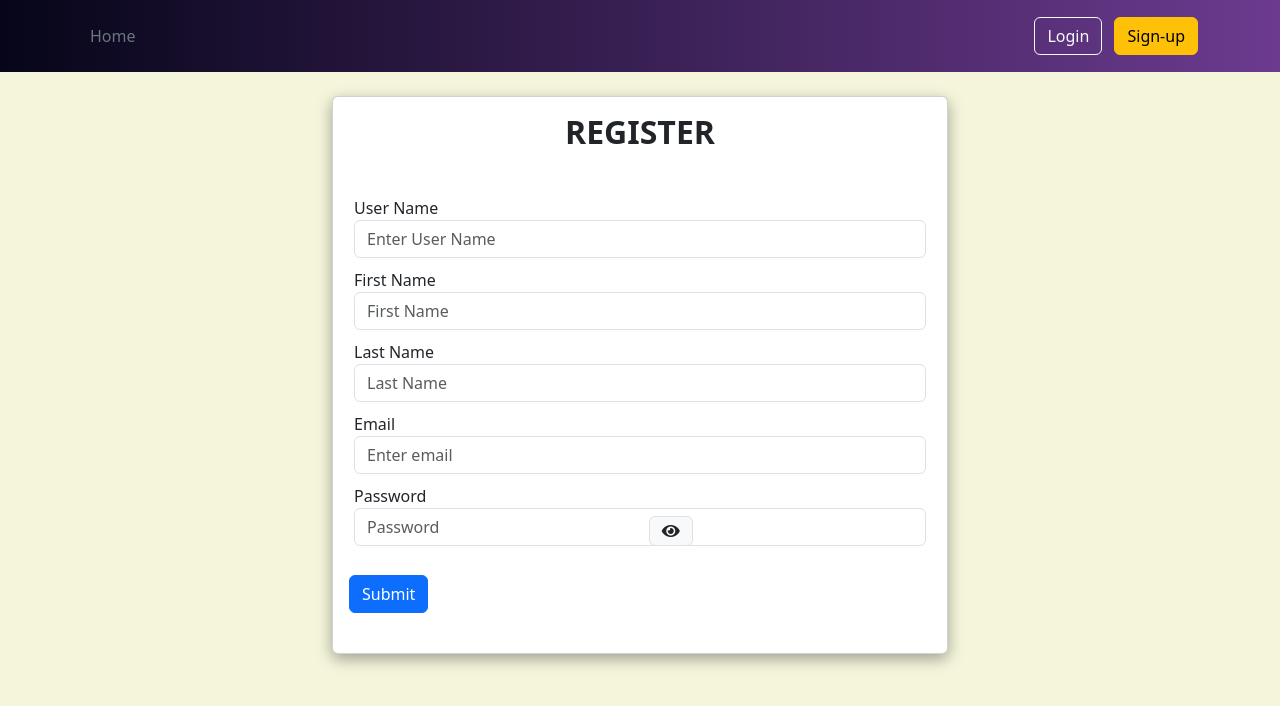
Repository: professorsourabh/php_membership
Page: http://localhost/MVC-Assignment/
An editor plug-in stored every save of this project. The page is shown before and after the next save, followed by the edit.
The browser window is 1280 px wide. The pictures show the whole page.
Some web libraries are served in a nearby version. The page is run by PHP 8.4 with error messages shown; the project is at /var/www/html/.

Above is the page before, as saved 2023-07-09 15:36:09.

### index.php
<?php
session_start();
?>

<html lang="en">
<head>
    <meta charset="UTF-8">
    <meta name="viewport" content="width=device-width, initial-scale=1.0">
    <title>Assesment-Register</title>
    <link href="https://cdn.jsdelivr.net/npm/bootstrap@5.3.0/dist/css/bootstrap.min.css" rel="stylesheet" integrity="sha384-9ndCyUaIbzAi2FUVXJi0CjmCapSmO7SnpJef0486qhLnuZ2cdeRhO02iuK6FUUVM" crossorigin="anonymous">
    <link rel="stylesheet" href="https://cdnjs.cloudflare.com/ajax/libs/font-awesome/5.13.0/css/all.min.css">
    <link rel="stylesheet" href="index.css"></link>
</head>
<body>
    <header class="p-3 bg-dark text-white">
        <div class="container">
          <div class="d-flex flex-wrap align-items-center justify-content-center justify-content-lg-start">


            <ul class="nav col-12 col-lg-auto me-lg-auto mb-2 justify-content-center mb-md-0">
              <li><a href="#" class="nav-link px-2 text-secondary " >Home</a></li>

            </ul>

              <div class="text-end">
              <a type="button" class="btn btn-outline-light me-2" href="login.php">Login</a>
              <a type="button" class="btn btn-warning" href="index.php">Sign-up</a>
            </div>
          </div>
        </div>
      </header>
      <div class="container my-4 col-lg-6">
        <div class="card my-4" style="box-shadow: rgba(0, 0, 0, 0.35) 0px 5px 15px;">
            <div class="card-heading text-center my-3 mx-2">
                <h2 class="text-uppercase fw-bold">Register</h2>
            </div>
            <div class="card-body">
            <?php if (!empty($_SESSION['error_msg'])) { ?>
            <div class="error">
                <div class="alert alert-danger alert-dismissible fade show" role="alert">
                    <?php echo $_SESSION['error_msg']; ?>
                    <button type="button" class="btn-close" data-bs-dismiss="alert" aria-label="Close"></button>
                </div>
            </div>
            <?php
            unset($_SESSION['error_msg']);
        } ?>
         <?php if (!empty($_SESSION['success_msg'])) { ?>
            <div class="error">
                <div class="alert alert-success alert-dismissible fade show" role="alert">
                    <?php echo $_SESSION['success_msg']; ?>
                    <button type="button" class="btn-close" data-bs-dismiss="alert" aria-label="Close"></button>
                </div>
            </div>
            <?php
            unset($_SESSION['success_msg']);
        } ?>

        <form method="post" action="./controller/registerController.php">
            <div class="form-group">
                <label for="exampleInputusername">User Name</label>
                <input type="text" class="form-control" name="username" id="username" placeholder="Enter User Name">
              </div>

              <div class="form-group">
                <label for="exampleInputfirst_name">First Name</label>
                <input type="text" class="form-control" name="firstname" id="first_name" placeholder="First Name">
              </div>
              <div class="form-group">
                <label for="exampleInputlast_name">Last Name</label>
                <input type="text" name="lastname" class="form-control" id="last_name" placeholder="Last Name">
              </div>

            <div class="form-group">
              <label for="exampleInputEmail">Email</label>
              <input type="email" class="form-control" name="email" id="email"  placeholder="Enter email">

            </div>


              <div class="form-group">
                <label for="exampleInputPassword">Password</label>
                <input type="password" class="form-control" name="password" id="exampleInputPassword" placeholder="Password">
                <span class="input-group-text eye-icon" onclick="togglePasswordVisibility('password')">
                            <i class="fas fa-eye"></i>
                        </span>
              </div>


            <button type="submit" class="btn btn-primary my-4">Submit</button>
          </form>

            </div>
        </div>

    </div>







    <script src="https://cdn.jsdelivr.net/npm/bootstrap@5.3.0/dist/js/bootstrap.bundle.min.js" integrity="sha384-geWF76RCwLtnZ8qwWowPQNguL3RmwHVBC9FhGdlKrxdiJJigb/j/68SIy3Te4Bkz" crossorigin="anonymous"></script>
    <script src="./public/project.js">

       </script>
  </body>
</html>

### index.css
*{
    padding: 0;
    margin: 0;
}

body{

    background-color: beige;
}
header{
    background: rgb(5,4,24);
    background: linear-gradient(90deg, rgba(5,4,24,0.9557072829131653) 0%, rgba(134,66,179,0.7400210084033614) 100%);
}
.registration-part{

    padding: 50px;

}
.text-cente{
    text-align: center;
}
div.form-group{
    padding: 5px;
}

span.eye-icon {


    position: absolute;
    top: 78%;
    left: 55%;
    transform: translate(-50%, -50%);
}

### public/project.js
function togglePasswordVisibility(inputId) {
    var input = document.getElementById(inputId);
    if (input.type === "password") {
        input.type = "text";
    } else {
        input.type = "password";
    }
}

After the next save:
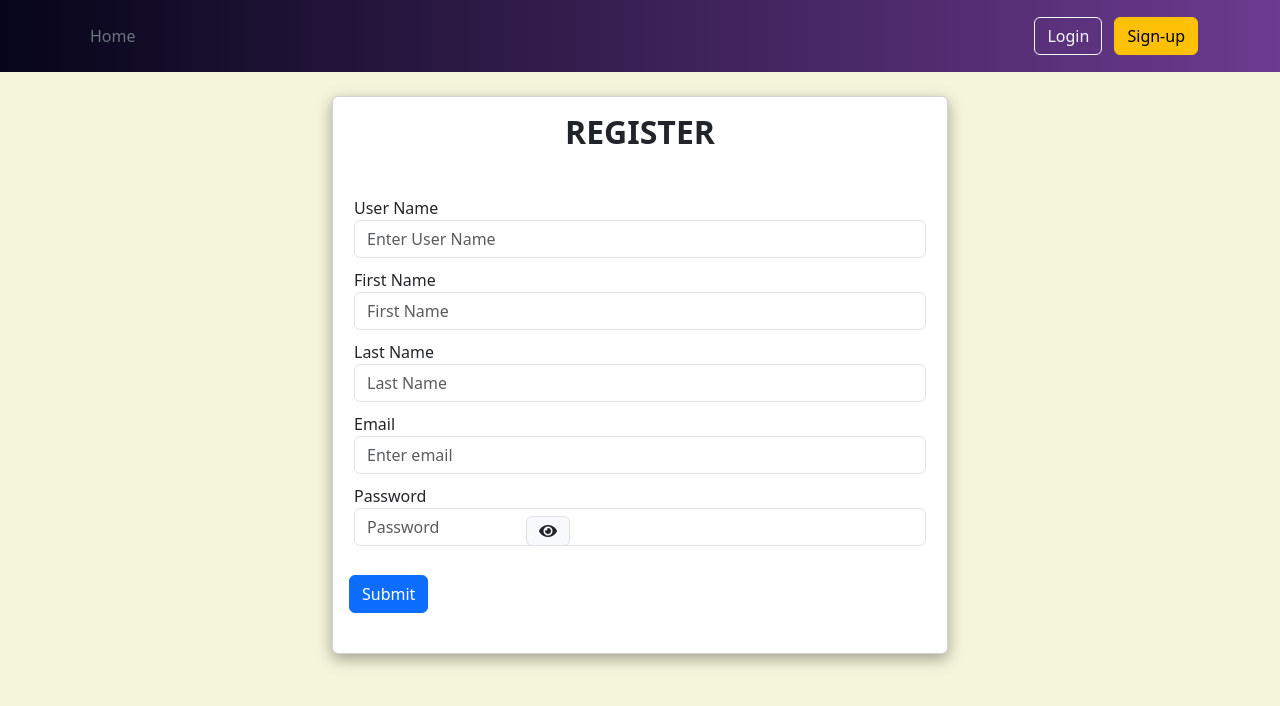
Saved 10 s later.
--- a/index.css
+++ b/index.css
@@ -28,6 +28,6 @@ span.eye-icon {
 
     position: absolute;
     top: 78%;
-    left: 55%;
+    left: 35%;
     transform: translate(-50%, -50%);
 }
